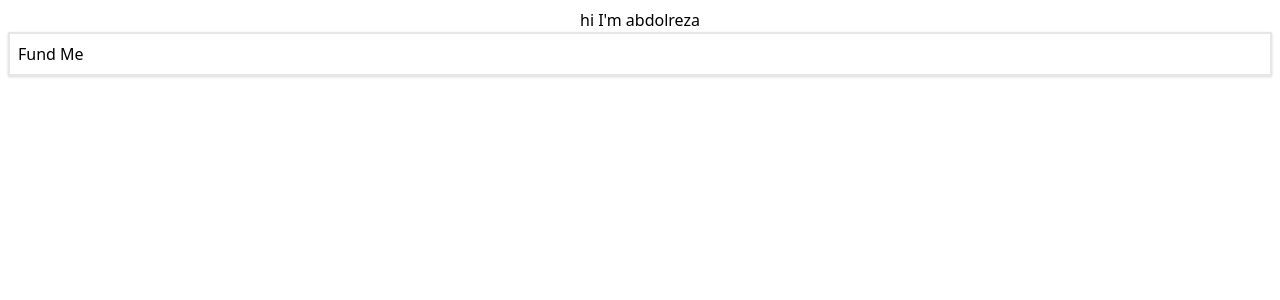
Repository: mavidev93/fund-me
Page: /
The author's editor kept a copy of each file at every save. The page is drawn from the files as they stood at one save, then again after the next save.
The browser window is 1280 px wide. The pictures show the whole page.
The project was rebuilt for these pictures with package versions that can differ from the ones it lists, and the page was loaded fresh each time. Also part of the build but not shown: craco.config.js, src/App.css.

Above is the page before, as saved 2022-02-14 16:40:53.

### src/index.css
@tailwind base;
@tailwind components;
@tailwind utilities;
* {
  padding: 0;
  margin: 0;
  box-sizing: border-box;
}

### src/App.tsx
//react
import React from "react";

//app
import FundMeInterface from "./Components/FundmeInterface/FundMeInterface";

//styles
import "./App.css";

function App() {
  return (
    <div className="App p-2">
      <h1 className="text-center">hi I'm abdolreza</h1>
      <FundMeInterface />
    </div>
  );
}

export default App;

### src/Components/FundmeInterface/FundMeInterface.tsx
//third party
import { ethers } from "ethers";
//app
import FundMe from "../../artifacts/contracts/FundMe.sol/FundMe.json";

//type for ether js
declare let window: any;

//contract addresses
const fundMeAddress = "0x5FbDB2315678afecb367f032d93F642f64180aa3";

function FundMeInterface() {
  //event handlers

  return (
    <div className="flex shadow p-2 border-2">
      <h2>Fund Me </h2>
    </div>
  );
}

export default FundMeInterface;

Loaded but not shown: public/index.html (common file); src/index.tsx (common file); src/reportWebVitals.ts (common file)

After the next save:
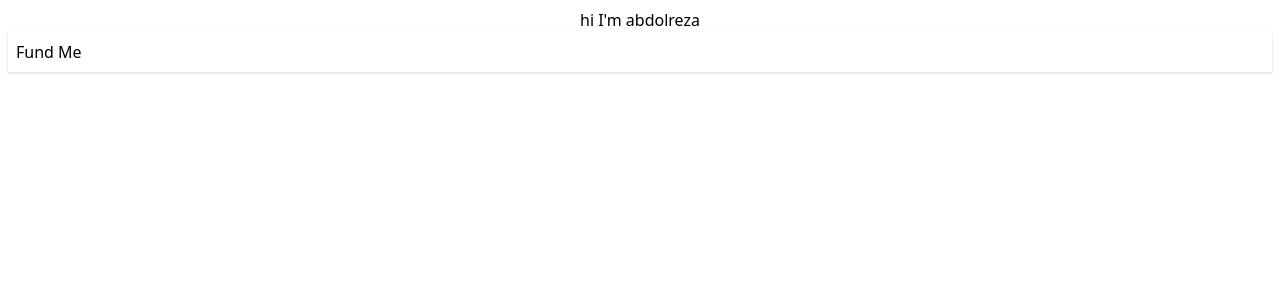
Saved 8 s later.
--- a/src/Components/FundmeInterface/FundMeInterface.tsx
+++ b/src/Components/FundmeInterface/FundMeInterface.tsx
@@ -13,7 +13,7 @@ function FundMeInterface() {
   //event handlers
 
   return (
-    <div className="flex shadow p-2 border-2">
+    <div className="flex shadow p-2 ">
       <h2>Fund Me </h2>
     </div>
   );
